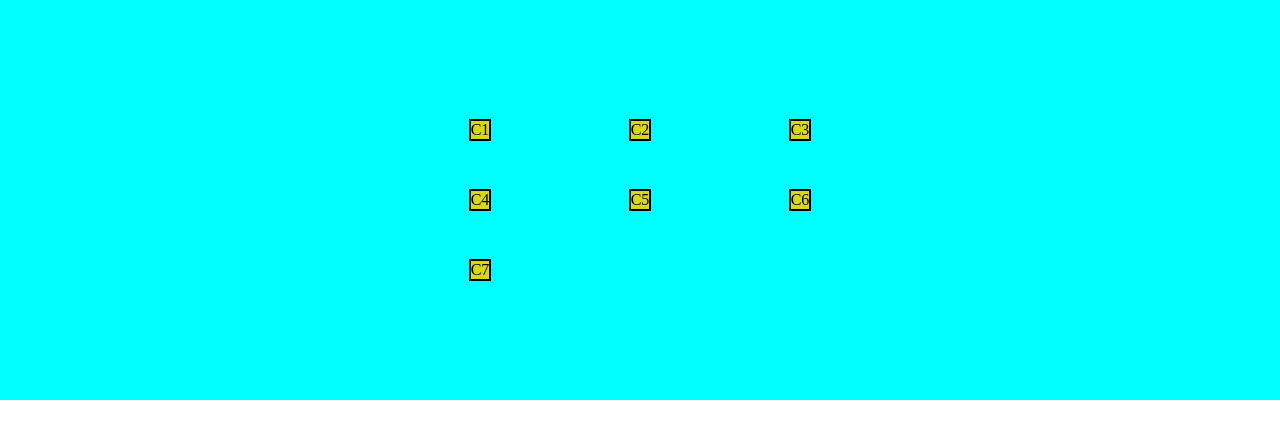
Repository: nepali2385/FUll-stack-practice
Page: Day5/Day5/grid.html
An editor plug-in stored every save of this project. The page is shown before and after the next save, followed by the edit.
The browser window is 1280 px wide. The pictures show the whole page.

Above is the page before, as saved 2024-08-27 15:16:01.

### Day5/Day5/grid.html
<!DOCTYPE html>
<html lang="en">
<head>
    <meta charset="UTF-8">
    <meta name="viewport" content="width=device-width, initial-scale=1.0">
    <title>Document</title>
    <link rel="stylesheet" href="grid.css">
</head>
<body>
    <div class="area">
        <div class="card">C1</div>
        <div class="card">C2</div>
        <div class="card">C3</div>
        <div class="card">C4</div>
        <div class="card">C5</div>
        <div class="card">C6</div>
        <div class="card">C7</div>



    </div>
</body>
</html>

### Day5/Day5/grid.css
*{
    padding:0;
    margin: 0;
    box-sizing:border-box;

}
.area{
    height: 400px;
    display:grid;
    grid-template-columns: 100px 200px 100px;
    grid-auto-rows: 50px;
    background-color: aqua;
    justify-content:center;
    justify-items: center;
    align-items: center;
    align-content:center;
    row-gap: 20px;
    column-gap: 10px;
}
.card{
    background-color: rgb(216, 216, 16);
    border:2px solid black;
}

After the next save:
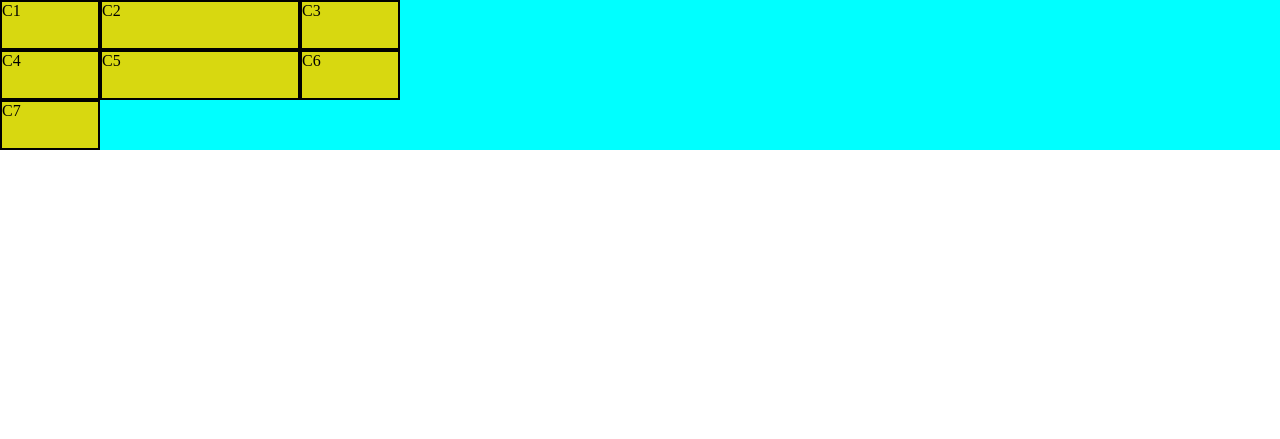
Saved 71 s later.
--- a/Day5/Day5/grid.css
+++ b/Day5/Day5/grid.css
@@ -5,17 +5,18 @@
 
 }
 .area{
-    height: 400px;
+
     display:grid;
     grid-template-columns: 100px 200px 100px;
     grid-auto-rows: 50px;
     background-color: aqua;
-    justify-content:center;
+    /* justify-content:center;
     justify-items: center;
     align-items: center;
     align-content:center;
     row-gap: 20px;
-    column-gap: 10px;
+    height: 400px;
+    column-gap: 10px; */
 }
 .card{
     background-color: rgb(216, 216, 16);
